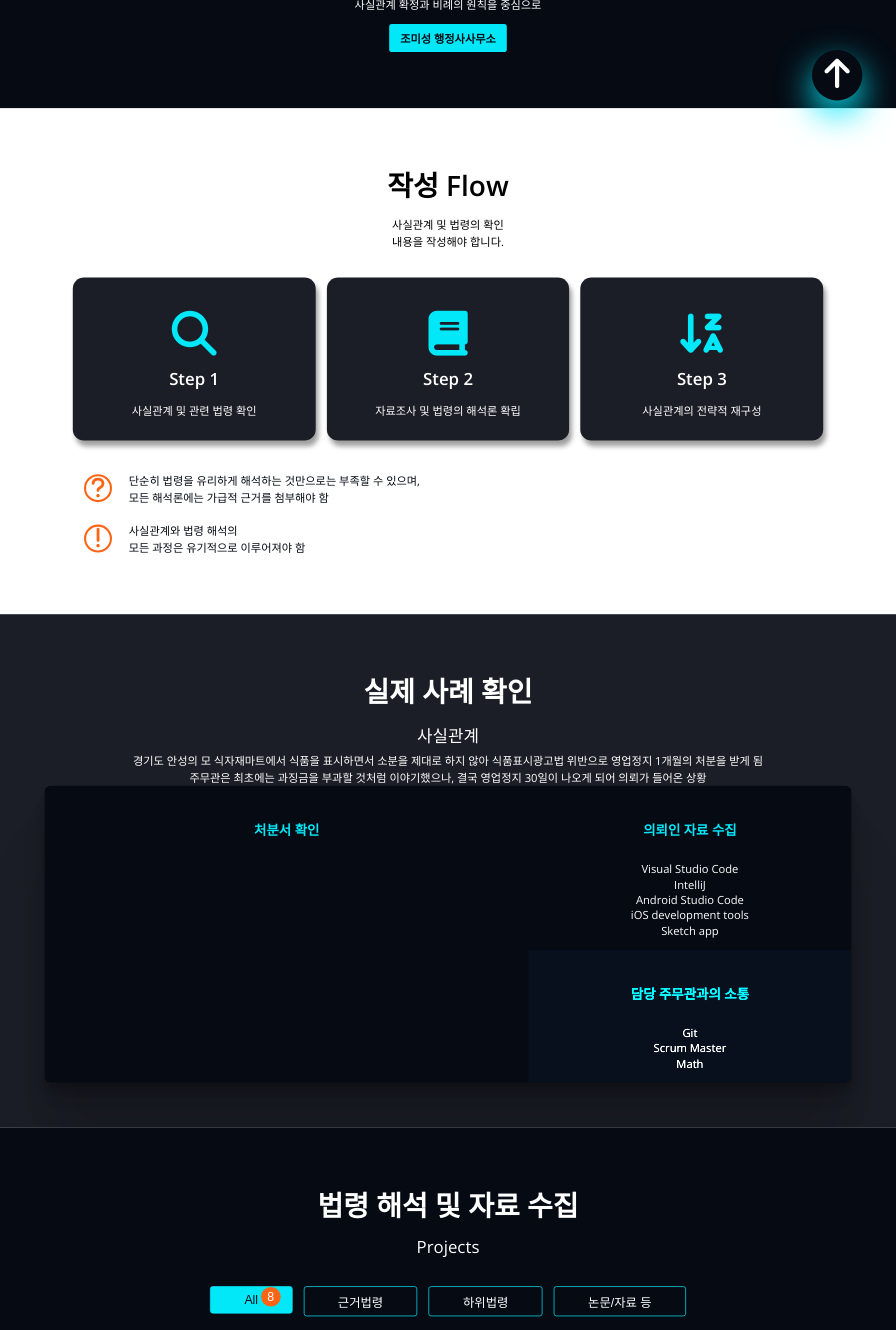
Repository: eggmoon/eggmoon_new
Page: index.html
The author's editor kept a copy of each file at every save. The page is drawn from the files as they stood at one save, then again after the next save.
The browser window is 1280 px wide. The pictures show the part of the page from y = 529 to 2429 px (the page is 4205 px tall before and 4249 px after), at 70% of full size.
A picture or video elsewhere on the page could not be fetched, so the positions and the page height are approximate. Some web libraries are served in a nearby version.

Above is the page before, as saved 2025-02-26 18:29:17.
Console error: SyntaxError: Unexpected end of input

### index.html
<!DOCTYPE html>
<html lang="en">
  <head>
    <meta charset="UTF-8" />
    <meta http-equiv="X-UA-Compatible" content="IE=edge" />
    <meta name="viewport" content="width=device-width, initial-scale=1.0" />
    <!-- SEO -->
    <title>행정심판청구서 작성 가이드</title>
    <meta
      name="description"
      content="Portfolio for world-renowned software
    engineer Ellie"
    />
    <meta name="author" content="MScho" />
    <link rel="shortcut icon" href="images/favicon.ico" type="image/x-icon" />
    <!-- OG (Open Graph Data) -->
    <meta property="og:title" content="행정정심판청구서 작성 가이드" />
    <meta property="og:type" content="website" />
    <meta property="og:url" content="https://eggmoon.github.io/eggmoon/"/>
    <meta property="og:image" content="배포후에 생성된 이미지 URL" />
    <!-- Google Fonts -->
    <link rel="preconnect" href="https://fonts.googleapis.com" />
    <link rel="preconnect" href="https://fonts.gstatic.com" crossorigin />
    <link
      href="https://fonts.googleapis.com/css2?family=Open+Sans:wght@400;600&display=swap"
      rel="stylesheet"
    />
    <!-- Font Awesome -->
    <script src="https://kit.fontawesome.com/8d3cd595d6.js" crossorigin="anonymous"></script>
    <!-- CSS -->
    <link rel="stylesheet" href="css/style.css" />
    <!-- Javascript -->
    <script src="src/main.js" defer></script>
  </head>
  <body>
    <!-- Header -->
    <header class="header">
      <div class="header__logo">
        <img class="header__logo__img" src="images/favicon.ico" alt="logo" />
        <h1 class="header__logo__title"><a href="#">조미성 행정사사무소</a></h1>
      </div>
      <nav class="header__nav">
        <ul class="header__menu">
          <li><a class="header__menu__item active" href="#home">HOME</a></li>
          <li><a class="header__menu__item" href="#about">작성Flow</a></li>
          <li><a class="header__menu__item" href="#skills">실제 사례</a></li>
          <li><a class="header__menu__item" href="#work">법령해석 및 자료수집</a></li>
          <li><a class="header__menu__item" href="#testimonial">사실관계의 재구성</a></li>
          <li><a class="header__menu__item" href="#contact">Bottom</a></li>
        </ul>
      </nav>
    </header>
    <!-- Main -->
    <main>
      <!-- Home -->
      <section id="home" class="section">
        <img class="home__logo" src="images/favicon.ico" alt="Ellie's profile" />
        <h2 class="home__title"><strong class="home__title--strong">행정심판청구서</strong> <br> 작성 가이드</h2>
        <p class="home__description">사실관계 확정과 비례의 원칙을 중심으로</p>
        <a class="home__contact" href="#contact">조미성 행정사사무소</a>
      </section>
      <!-- About -->
      <section id="about" class="section max-container =">
        <h2 class="title">작성 Flow</h2>
        <p section="description">
          사실관계 및 법령의 확인
        </p>
        <p>내용을 작성해야 합니다.</p>
        <ul class="about__majors">
          <li class="about__major">
            <i class="fa-solid fa-magnifying-glass about__major__icon"></i>
            <p class="about__major__title">Step 1</p>
            <p>사실관계 및 관련 법령 확인</p>
          </li>
          <li class="about__major">
            <i class="fa-solid fa-book about__major__icon"></i>
            <p class="about__major__title">Step 2</p>
            <p>자료조사 및 법령의 해석론 확립</p>
            <li class="about__major">
              <i class="fa-solid fa-arrow-down-z-a about__major__icon"></i>
              <p class="about__major__title">Step 3</p>
              <p>사실관계의 전략적 재구성</p>
            </li>
          </li>
        </ul>
        <ul class="about__subexps">
          <li class="about__subexp">
            <div class="redicon"><i class="fa-solid fa-question"></i></div>
            <div>
              <p class="about__subexp__title">단순히 법령을 유리하게 해석하는 것만으로는 부족할 수 있으며,</p>
              <p class="about__subexp__content">모든 해석론에는 가급적 근거를 첨부해야 함</p>
            </div>
          </li>
          <li class="about__subexp">
            <div class="redicon"><i class="fa-solid fa-exclamation"></i></div>
            <div>
              <p class="about__subexp__title"> 사실관계와 법령 해석의 </p>
              <p class="about__subexp__content">모든 과정은 유기적으로 이루어져야 함</p>
            </div>
          </li>
        </ul>
      </section>
      <!-- Skills -->
      <section id="skills" class="section">
        <div class="max-container">
          <h2 class="title">실제 사례 확인</h2>
          <p class="description">사실관계</p>
          <p> 경기도 안성의 모 식자재마트에서 식품을 표시하면서 소분을 제대로 하지 않아 식품표시광고법 위반으로 영업정지 1개월의 처분을 받게 됨</p>
           <p>주무관은 최초에는 과징금을 부과할 것처럼 이야기했으나, 결국 영업정지 30일이 나오게 되어 의뢰가 들어온 상황</p>
          <div class="skills-container">
            <section class="skills__rule">
              <h3 class="skills__title">처분서 확인</h3>
              <div>
                <img src="" />
              </div>
              <!-- <ul>
                <li class="bar">
                  <div class="bar__metadata"><span>HTML</span><span>98%</span></div>
                  <div><div class="bar__value bar__bg" style="width: 98%"></div></div>
                </li>
                <li class="bar">
                  <div class="bar__metadata"><span>CSS</span><span>90%</span></div>
                  <div><div class="bar__value bar__bg" style="width: 90%"></div></div>
                </li>
                <li class="bar">
                  <div class="bar__metadata"><span>JavaScript</span><span>90%</span></div>
                  <div><div class="bar__value bar__bg" style="width: 90%"></div></div>
                </li>
                <li class="bar">
                  <div class="bar__metadata"><span>TypeScript</span><span>80%</span></div>
                  <div><div class="bar__value bar__bg" style="width: 80%"></div></div>
                </li>
                <li class="bar">
                  <div class="bar__metadata"><span>React</span><span>79%</span></div>
                  <div><div class="bar__value bar__bg" style="width: 79%"></div></div>
                </li>
                <li class="bar">
                  <div class="bar__metadata"><span>NodeJs</span><span>68%</span></div>
                  <div><div class="bar__value bar__bg" style="width: 68%"></div></div>
                </li>
              </ul> -->
            </section>
            <section class="skills__explain">
              <h3 class="skills__title">의뢰인 자료 수집</h3>
              <ul>
                <li>Visual Studio Code</li>
                <li>IntelliJ</li>
                <li>Android Studio Code</li>
                <li>iOS development tools</li>
                <li>Sketch app</li>
              </ul>
            </section>
            <section class="skills__data">
              <h3 class="skills__title">담당 주무관과의 소통</h3>
              <ul>
                <li>Git</li>
                <li>Scrum Master</li>
                <li>Math</li>
              </ul>
            </section>
          </div>
        </div>
      </section>
      <!-- Work -->
      <section id="work" class="section">
        <div class="max-container">
          <h2 class="title">법령 해석 및 자료 수집</h2>
          <p class="description">Projects</p>
          <ul class="categories">
            <li>
              <button class="category category--selected">All <span class="category__count">8</span></button>
            </li>
            <li>
              <button class="category">근거법령<span class="category__count">3</span></button>
            </li>
            <li>
              <button class="category">하위법령<span class="category__count">3</span></button>
            </li>
            <li>
              <button class="category"> 논문/자료 등 <span class="category__count">2</span></button>
            </li>
          </ul>
          <ul class="projects">
            <li class="project">
              <a href="#" target="_blank">
                <img src="images/projects/project1.jpg" alt="act1" class="project__img"/>
                <div class="project__metadata">
                  <h3 class="project__title"><a href="https://www.law.go.kr/%EB%B2%95%EB%A0%B9/%EC%8B%9D%ED%92%88%EC%9C%84%EC%83%9D%EB%B2%95" target="_blank">식품위생법</a></h3>
                  <p>2019년 이후 식품광고법 분리</p>
                </div>
              </a>
            </li>
            <li class="project">
              <a href="#" target="_blank">
                <img src="images/projects/project2.jpg" alt="project2" class="project__img"/>
                <div class="project__metadata">
                  <h3 class="project__title">식품광고법</h3>
                  <p>사건 적용 주요 법률</p>
                </div>
              </a>
            </li>
            <li class="project">
              <a href="#" target="_blank">
                <img src="images/projects/project3.do" alt="project3" class="project__img" style="object-fit:cover;"/>
                <div class="project__metadata">
                  <h3 class="project__title"><a href="images/projects/project3.jpg" target="_blank">고객 자료 수집</a></h3>
                  <p>Clone Coding with HTML, CSS</p>
                </div>
              </a>
            </li>
            <li class="project">
              <a href="#" target="_blank">
                <img src="images/projects/project4.webp" alt="project4" class="project__img"/>
                <div class="project__metadata">
                  <h3 class="project__title">Project #4</h3>
                  <p>Clone Coding with HTML, CSS</p>
                </div>
              </a>
            </li>
            <li class="project">
              <a href="#" target="_blank">
                <img src="images/projects/project5.webp" alt="project5" class="project__img"/>
                <div class="project__metadata">
                  <h3 class="project__title">Project #5</h3>
                  <p>Clone Coding with HTML, CSS</p>
                </div>
              </a>
            </li>
            <li class="project">
              <a href="#" target="_blank">
                <img src="images/projects/project6.webp" alt="project6" class="project__img"/>
                <div class="project__metadata">
                  <h3 class="project__title">Project #6</h3>
                  <p>Clone Coding with HTML, CSS</p>
                </div>
              </a>
            </li>
            <li class="project">
              <a href="#" target="_blank">
                <img src="images/projects/project7.webp" alt="project7" class="project__img"/>
                <div class="project__metadata">
                  <h3 class="project__title">Project #7</h3>
                  <p>Clone Coding with HTML, CSS</p>
                </div>
              </a>
            </li>
            <li class="project">
              <a href="#" target="_blank">
                <img src="images/projects/project8.webp" alt="project8" class="project__img"/>
                <div class="project__metadata">
                  <h3 class="project__title">Project #8</h3>
                  <p>Clone Coding with HTML, CSS</p>
                </div>
              </a>
            </li>
          </ul>
        </div>
      </section>
      <!-- Testimonials -->
      <section id="testimonials" class="section max-container">
        <h2 class="title">사실관계의 재구성</h2>
        <p class="description">요건사실을 어떻게 유리하게 포섭할 수있을까?</p>
        <ul class="testimonials">
          <li class="testimonial">
            <img src="images/testimonials/people1.webp" alt="주체(고의/과실)" class="testimonial__img" />
            <div class="testimonial__bubble">
              <p>
                <span class="testimonial__bubble__name">법적 주체</span>는 (주)** 마트이며, <span class="testimonial__bubble__name">대표자</span>는 이**이고, <span class="testimonial__bubble__name">실제 행위자</span>는 ** 농산마트 직원들인 상황에서 유리한 점과 불리한 점은 무엇이 있을까? 어떤 요건에 포섭할 수있을까?
              </p>
              <p><span class="testimonial__bubble__name">주체/고의 및 과실</span></p>
            </div>
          </li>
          <li class="testimonial">
            <img src="images/testimonials/people2.webp" alt="내용/기간 및 위반 분량" class="testimonial__img" />
            <div class="testimonial__bubble">
              <p>일반적이지 않은 <span class="testimonial__bubble__name">
                특별한 사정</span>이 인정될 여지는 없을까?
              </p>책임 및 감경/행위요건</p>
            </div>
          </li>
          <li class="testimonial">
            <img src="images/testimonials/people3.webp" alt="people3" class="testimonial__img" />
            <div class="testimonial__bubble">
              <p class="testimonial__bubble__name">
                Lorem ipsum dolor sit amet consectetur adipisicing elit.
                Perferendis, mollitia. Fugiat recusandae unde ducimus harum
                voluptas earum reiciendis expedita inventore quas ab eum
                dignissimos, maiores deleniti officiis qui, repudiandae
                voluptatibus?
              </p>
              <p class="testimonial__bubble__name"><a href="#">Anna Jin</a> /Samsung</p>
            </div>
          </li>
        </ul>
      </section>
      <!-- Arrow up -->
      <aside>
        <a class="arrow-up" href="#home" title="back to top">
          <i class="fa-solid fa-arrow-up"></i>
        </a>
      </aside>
    </main>
    <!-- Footer -->
    <footer id="contact" class="section">
      <div class="max-container">
        <h2 class="title">Let&#39;s talk</h2>
      <p class="testimonial__bubble__name" class="section">dream.coder.ellie@gmail.com</p>
      <ul class="contact__links">
        <li>
          <a
            class="contact__link"
            href="https://github.com/eggmoon"
            target="_blank"
            title="my github link"
          >
            <i class="fa-brands fa-github"></i>
          </a>
        </li>
        <li>
          <a
            class="contact__link"
            href="https://github.com/eggmoon"
            target="_blank"
            title="my linkedin link"
          >
            <i class="fa-brands fa-linkedin"></i>
          </a>
        </li>
      </ul>
      <p class="testimonial__bubble__name">ⓒMS Cho - All rights reserved</p>
      </div>
    </footer>
  </body>
</html>

### css/style.css
/* Global */
:root {
/* App Colors */
  --color-primary: var(--color-black);
  --color-primary-variant: var(--color-gray);
  --color-accent: var(--color-blue);
  --color-accent-variant: var(--color-orange);
  --color-text: var(--color-white);
  /* Colors */
  --color-white: #ffffff;
  --color-black: #050a13;
  --color-blue: #03e8f9;
  --color-orange: #fd6413;
  --color-gray: #1b1e26;
  /* Size */
  --size-max-width: 1200px;
}
*{
  box-sizing: border-box;
}
body {
  font-family: 'Open Sans', sans-serif;
  margin: 0;
}
h1, h2, h3, p, ul {
  margin: 0;
}

ul {
  list-style: none;
  padding: 0;
}

a{
  text-decoration: none;
  color: var(--color-text);
}

button{
  background-color: transparent;
  outline: 0;
  border: 0;
}

button:focus {
  outline: 1px solid var(--color-blue);
}

/* Common */
.redicon{
  width: 40px;
  height: 40px;
  font-size:2rem;
  line-height:30px;
  text-align:center;
  color: var(--color-accent-variant);
  font-weight: bold;
  border: 3px solid var(--color-accent-variant);
  border-radius: 100%;
  margin: 0.5rem 1rem;
  flex-shrink:0;
}
.section{
  padding: 4rem;
  text-align: center !important;
}

.title{
  font-size: 2.5rem;
  margin: 1rem 0;

}

.description{
  font-size:1.5rem;
  margin:0.5rem 0;
}

.max-container {
  max-width: var(--size-max-width);
  margin: auto;
}

/* Header */
.header{
  position: fixed;
  background-color: var(--color-black);
  top: 0;
  width: 100%;
  padding:1rem;
  display: flex;
  justify-content: space-between;
  align-items: center;
  z-index:1;
}

.header__logo{
  display:flex;
  align-items: center;
  gap: 8px
}

.header__logo__img{
  width: 36px;
  height: 36px;
}

.header__logo__title {
  font-size: 1.8rem;
}

.header__menu{
  display:flex;
  gap: 4px;
}
.header__menu__item{
  padding: 8px 16px;
}
.header__menu__item:hover{
  border-bottom: 1px solid var(--color-accent);
}
.header__menu__item.active{
  border: 1px solid var(--color-accent);
}
/* Home */
#home{
  background-color: var(--color-primary);
  color: var(--color-text);
  padding: 5rem 1rem;
  padding-top: 7rem;
  text-align: center;
}
.home__logo{
 width: 250px;
 height: 250px;
 object-fit: contain;
 border: 3px solid var(--color-accent);
 border-radius: 50%;
}
.home__title{
 font-size:3rem;
 margin-bottom: 1rem;

}
.home__title--strong{
  color: var(--color-accent);
}
/* .home__description{

} */

.home__contact{
  display: inline-block;
  background-color: var(--color-accent);
  color: var(--color-black);
  padding: 0.5rem 1rem;
  margin-top: 1rem;
  font-weight: bold;
  border-radius: 4px;
}

.home__contact:hover{
    /* hover 밀림 현상 해결: width, height을 주거나 outline으로 해결함 */
  background-color:transparent;
  outline: 1px solid var(--color-accent);
  color: var(--color-text);
}

/* about */

.about__majors{
  display: flex;
  justify-content: space-between;
  gap: 1rem;
  margin: 2.5rem 0;
}

.about__major{
  background-color: var(--color-primary-variant);
  padding: 2rem 1rem;
  color: var(--color-text);
  border-radius: 1rem;
  cursor: default;
  box-shadow:4.0px 8.0px 8.0px rgba(0,0,0,0.38);
  flex-grow:1;
  flex-shrink:1;
  flex-basis:0;
}

.about__major__icon{
  font-size: 4rem;
  margin: 1rem 0;
  color: var(--color-accent);
  transition: all 300ms ease;
}

.about__major__title{
 font-size: 1.5rem;
 font-weight: bold;
 margin-bottom: 1rem;
}

.about__major:hover .about__major__icon{
  transform: rotate(-15deg) scale(1.2);
}

.about__subexps{
  text-align: start;
}
.about__subexp{
  display:flex;
  align-items: center;
  gap: 8px;
  margin-bottom: 1rem;
}
.about__subexp__title{
  color: var(--color-primary);
}

.about__subexp__content{
  color: var(--color-primary);
}

/* skills */

#skills {
  background-color: var(--color-primary-variant);
  color: var(--color-text);
}
.skills__title{
  color: var(--color-accent);
  margin: 1rem 0;
  font-size: 1.2rem;
  margin: 2rem 3rem;
}
.skills-container{
  display: grid;
  grid-template-columns: 6fr 4fr;
  background-color: var(--color-primary);
  border-radius: 8px;
  overflow: hidden;
  box-shadow: 0 2.8px 2.2px rgba(0, 0, 0, 0.034), 0 6.7px 5.3px rgba(0, 0, 0, 0.048), 0 12.5px 10px rgba(0, 0, 0, 0.06), 0 22.3px 17.9px rgba(0, 0, 0, 0.072), 0 41.8px 33.4px rgba(0, 0, 0, 0.086), 0 100px 80px rgba(0, 0, 0, 0.12)
}

.skills__rule{
  grid-row: span 2;
  padding: 1rem;
}

.skills__explain{
  padding: 1rem;
}

.skills__data{
  padding: 1rem;
  background-color: var(--color-primary);
    filter: brightness(150%);
}

.bar{
  display:flex;
  flex-direction: column;
  padding: 1rem;
  gap: 0.5rem;
}
.bar__metadata{
  display:flex;
  justify-content:space-between;
}
.bar__bg{
  width: 100%;
  height: 3px;
  background-color: var(--color-primary-varient);
}
.bar__value{
  background-color: var(--color-accent);
}
 /* Work */
 #work {
  background-color: var(--color-primary);
  color: var(--color-text);
 }

 .categories {
  display:flex;
  justify-content: center;
  margin: 2.5rem;
  gap: 1rem;
 }

 .category {
  position:relative;
  color: var(--color-text);
  font-size: 1.1rem;
  padding: 0.5rem 3rem;
  border-radius: 4px;
  border: 1px solid var(--color-accent);
  cursor: pointer;
  white-space: nowrap;
 }


 .category__count{
  opacity: 0;
  position: absolute;
  top: -20px;
  right: 16px;
  width: 28px;
  height: 28px;
  line-height: 28px;
  border-radius: 100%;
  background-color: var(--color-accent-variant);
  color: var(--color-text);
  transition: all 300ms ease-in;
 }
 .category--selected {
  background-color: var(--color-accent);
  color: var(--color-primary);
 }
 .category--selected .category__count,
 .category:hover .category__count {
  opacity: 1;
  top:0;
 }

 .projects {
  display: grid;
  grid-template-columns: repeat(4, 1fr);
  grid-template-rows: repeat(2,1fr);
  gap: 1rem;
 }

 .project{
  position:relative;
  border-radius:8px;
  overflow:hidden;
 }

 .project__img{
  width: 100%;
 }

 .project__metadata{
  opacity: 0;
  position: absolute;
  top: 0;
  left: 0;
  width: 100%;
  height: 100%;
  background-color: var(--color-black);
  display:flex;
  flex-direction: column;
  justify-content: center;
  align-items: center;
  transition: all 250ms ease-in;
  transform: translateY(-10px);
 }

 .project__metadata:hover {
  opacity:0.8;
  transform: translateY(0px);
 }
 .project__title:after{
  content: '';
  display: block;
  position:relative;
  left:50%;
  transform: translate(-60%);
  width: 80px;
  height: 2px;
  background-color: var(--color-accent);
  margin:0.5rem;
 }
 /* Testimonial */

 .testimonials{
  margin: 3rem;
  }

  .testimonial{
   display: flex;
   align-items:center;
   margin-bottom: 2rem;
  }

  .testimonial:nth-child(even) .testimonial__img {
   order: 1;
  }

  .testimonial__img{
  width: 150px;
  height: 150px;
  border-radius: 100%;
  box-shadow: rgba(0, 0, 0, 0.2) 0px 60px 40px -7px;
  }
  .testimonial__bubble{
   padding: 1rem;
   border-radius: 8px;
   box-shadow: rgba(0, 0, 0, 0.2) 0px 60px 40px -7px;
  }

  .testimonial__bubble__name{
   color: var(--color-accent);
   font-weight: bold;
   filter: brightness(70%);
  }
 /* Arrow Up */

.arrow-up{
  background-color:var(--color-primary);
  position:fixed;
  bottom: 3rem;
  right: 3rem;
  font-size: 3rem;
  width: 4.5rem;
  height: 4.5rem;
  border-radius: 100%;
  text-align:center;
  box-shadow: 0 20px 50px var(--color-accent);

  }
  /* Footer */

  #contact{
  background-color: var(--color-primary);
  color: var(--color-text);
  }
  .contact__links{
  display: flex;
  justify-content: center;
  gap: 1rem;
  padding: 1rem;
  font-size: 2rem;
  }
  .contact__link {
  transform: color 250ms ease-in
  }
  .contact__link:hover {
  color: var(--color-accent);
  }

@media screen and (max-width: 768px){
  /* common */
  .section {
    padding: 3rem 2rem;
  }
  .title {
    font-size: 2rem;
  }
  .description{
    font-size:1rem;
  }

  /* header */
    .header{
      flex-direction: column;
      align-items: start;
     }
    .header__menu {
       flex-direction:column;
       text-align: center;
       padding: 1rem 4rem;
       gap: 1rem;
    }
  .header__nav{
    width: 100%;
  }

  /* HOME */
  #home{
    padding-bottom: 3rem;
  }
  .home__title{
    font-size: 2.5rem;
    margin-bottom: 0.5rem;
  }
  /* about */
  .about__majors{
    flex-direction: column;
    justify-content:center;
    align-items: center;
  }
  .about__major{
    max-width: 30rem;
  }
  .about__subexp{
    justify-content: center;
  }
  /* skills */
  .skills-container {
    grid-template-columns: 1fr;
  }

  /* Work */
  .categories {
    flex-direction: column;
  }
  .category {
    width: 100%;
  }
 .projects{
  grid-template-columns: repeat(2, 1fr);
 }
 /* testimonial */
 .testimonial{
  flex-direction: column;
 }
 .testimonial:nth-child(even) .testimonial__img {
  order:0;
 }
 /* Arrow Up */
 .arrow-up{
  font-size:2rem;
  width: 3rem;
  height: 3rem;
  bottom: 1.5rem;
  right: 1.5rem;
 }

}

Loaded but not shown: src/main.js (common file)

After the next save:
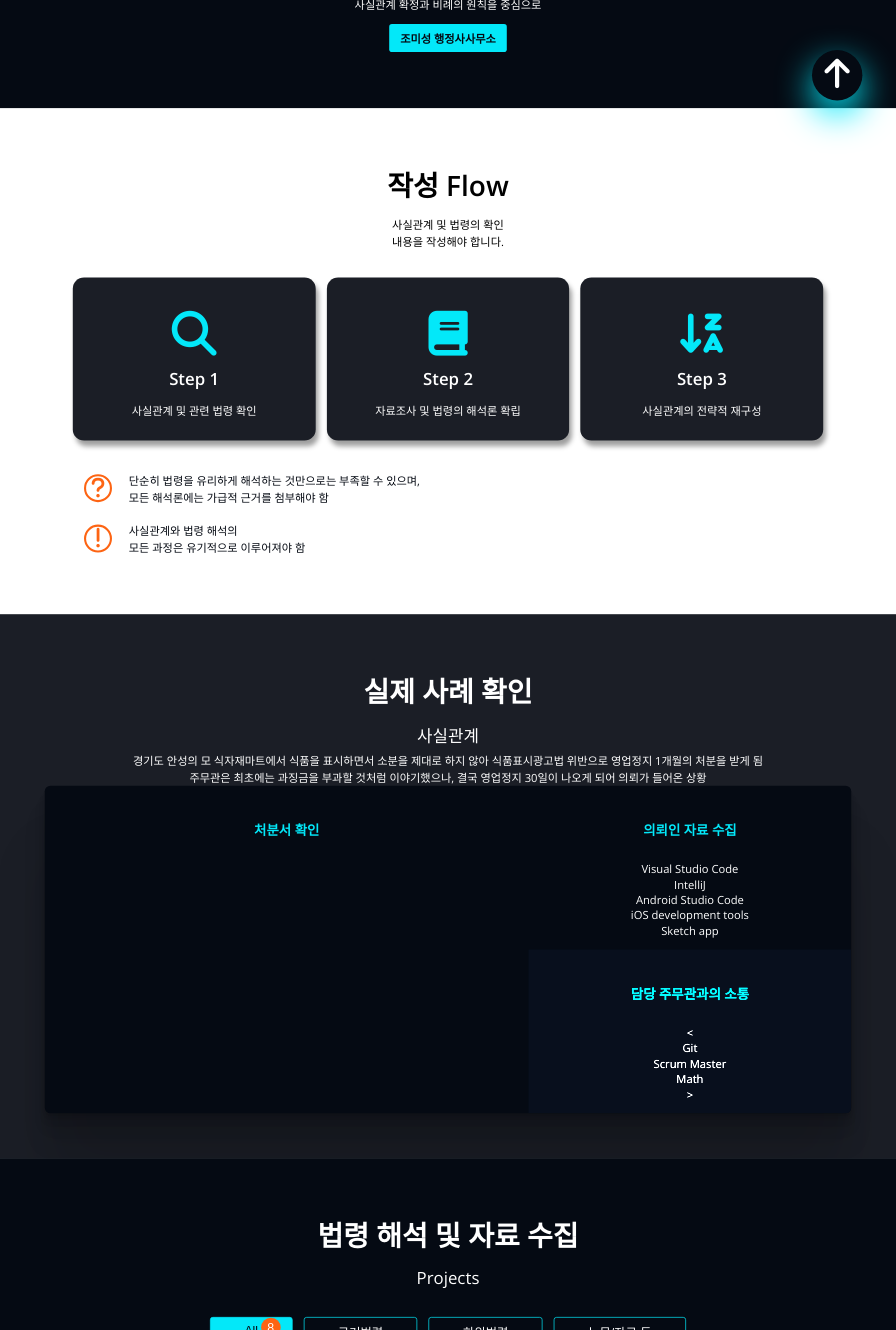
Saved 5 s later.
--- a/index.html
+++ b/index.html
@@ -152,11 +152,11 @@
             </section>
             <section class="skills__data">
               <h3 class="skills__title">담당 주무관과의 소통</h3>
-              <ul>
+              <<ul>
                 <li>Git</li>
                 <li>Scrum Master</li>
                 <li>Math</li>
-              </ul>
+              </ul>>
             </section>
           </div>
         </div>
